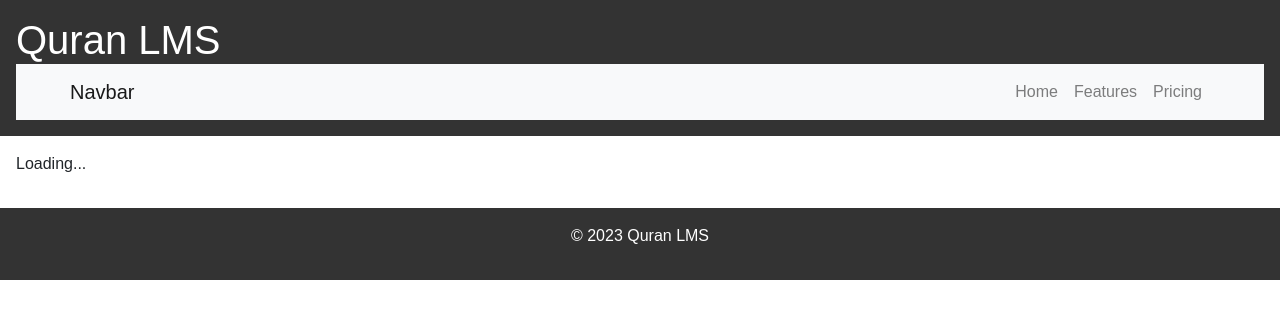
Repository: talha-mahmood/Quran-Lms-react
Page: /
The author's editor kept a copy of each file at every save. The page is drawn from the files as they stood at one save, then again after a run of saves.
The browser window is 1280 px wide. The pictures show the whole page.
The page's requests for data from a server got no answer. The project was rebuilt for these pictures with package versions that can differ from the ones it lists, and the page was loaded fresh each time. No one was signed in, and anything a server would have sent is missing.

Above is the page before, as saved 2023-03-08 00:59:59.

### public/index.html
<!DOCTYPE html>
<html lang="en">
  <head>
    <meta charset="utf-8" />
    <link rel="icon" href="%PUBLIC_URL%/favicon.ico" />
    <meta name="viewport" content="width=device-width, initial-scale=1" />
    <meta name="theme-color" content="#000000" />
    <meta
      name="description"
      content="Web site created using create-react-app"
    />

    <link rel="apple-touch-icon" href="%PUBLIC_URL%/logo192.png" />
    <link rel="stylesheet" href="https://cdn.jsdelivr.net/npm/bootstrap@4.4.1/dist/css/bootstrap.min.css" integrity="sha384-Vkoo8x4CGsO3+Hhxv8T/Q5PaXtkKtu6ug5TOeNV6gBiFeWPGFN9MuhOf23Q9Ifjh" crossorigin="anonymous">
    <script src="https://code.jquery.com/jquery-3.4.1.slim.min.js" integrity="sha384-J6qa4849blE2+poT4WnyKhv5vZF5SrPo0iEjwBvKU7imGFAV0wwj1yYfoRSJoZ+n" crossorigin="anonymous"></script>
   <script src="https://cdn.jsdelivr.net/npm/popper.js@1.16.0/dist/umd/popper.min.js" integrity="sha384-Q6E9RHvbIyZFJoft+2mJbHaEWldlvI9IOYy5n3zV9zzTtmI3UksdQRVvoxMfooAo" crossorigin="anonymous"></script>
   <script src="https://cdn.jsdelivr.net/npm/bootstrap@4.4.1/dist/js/bootstrap.min.js" integrity="sha384-wfSDF2E50Y2D1uUdj0O3uMBJnjuUD4Ih7YwaYd1iqfktj0Uod8GCExl3Og8ifwB6" crossorigin="anonymous"></script>
    <!--
      manifest.json provides metadata used when your web app is installed on a
      user's mobile device or desktop. See https://developers.google.com/web/fundamentals/web-app-manifest/
    -->
    <link rel="manifest" href="%PUBLIC_URL%/manifest.json" />
    <!--
      Notice the use of %PUBLIC_URL% in the tags above.
      It will be replaced with the URL of the `public` folder during the build.
      Only files inside the `public` folder can be referenced from the HTML.

      Unlike "/favicon.ico" or "favicon.ico", "%PUBLIC_URL%/favicon.ico" will
      work correctly both with client-side routing and a non-root public URL.
      Learn how to configure a non-root public URL by running `npm run build`.
    -->
    <title>React App</title>
  </head>
  <body>
    <noscript>You need to enable JavaScript to run this app.</noscript>
    <div id="root"></div>

    <!--
      This HTML file is a template.
      If you open it directly in the browser, you will see an empty page.

      You can add webfonts, meta tags, or analytics to this file.
      The build step will place the bundled scripts into the <body> tag.

      To begin the development, run `npm start` or `yarn start`.
      To create a production bundle, use `npm run build` or `yarn build`.
    -->
  </body>
</html>

### src/App.js
import './App.css';
import React,{Component} from 'react';
import Container from 'react-bootstrap/Container';
import Navbar from 'react-bootstrap/Navbar';
import Nav from 'react-bootstrap/Nav';
class QuranLMS extends Component {
  state = {
    verses: [],
    isLoading: true
  };

  async componentDidMount() {
    const response = await fetch("https://api.quran.com/api/v4/quran/verses/uthmani?chapter_number=1");
    const data = await response.json();
    this.setState({
      verses: data.verses,
      isLoading: false
    });
  }

  render() {
    const { verses, isLoading } = this.state;
    return (
      <div>
        <header>
          <h1>Quran LMS</h1>
          <div>
          <Navbar bg="light" variant="light">
        <Container>
          <Navbar.Brand href="#home">Navbar</Navbar.Brand>
          <Nav className="me-auto">
            <Nav.Link href="#home">Home</Nav.Link>
            <Nav.Link href="#features">Features</Nav.Link>
            <Nav.Link href="#pricing">Pricing</Nav.Link>
          </Nav>
        </Container>

      </Navbar>
          </div>


        </header>
        <main>
          {isLoading ? (
            <p>Loading...</p>
          ) : (
            verses.map((verse) => (
              <p key={verse.id}>{verse.text_uthmani}</p>
            ))
          )}
        </main>
        <footer>
          <p>&copy; 2023 Quran LMS</p>
        </footer>
      </div>
    );
  }
}

export default QuranLMS;

### src/App.css
body {
  font-family: Arial, sans-serif;
  margin: 0;
}

header {
  background-color: #333;
  color: #fff;
  padding: 1em;
}

header h1 {
  margin: 0;
}

main {
  padding: 1em;
}

footer {
  background-color: #333;
  color: #fff;
  padding: 1em;
  text-align: center;
}

Loaded but not shown: src/index.js (common file); src/index.css (common file); src/reportWebVitals.js (common file)

After the next 2 saves:
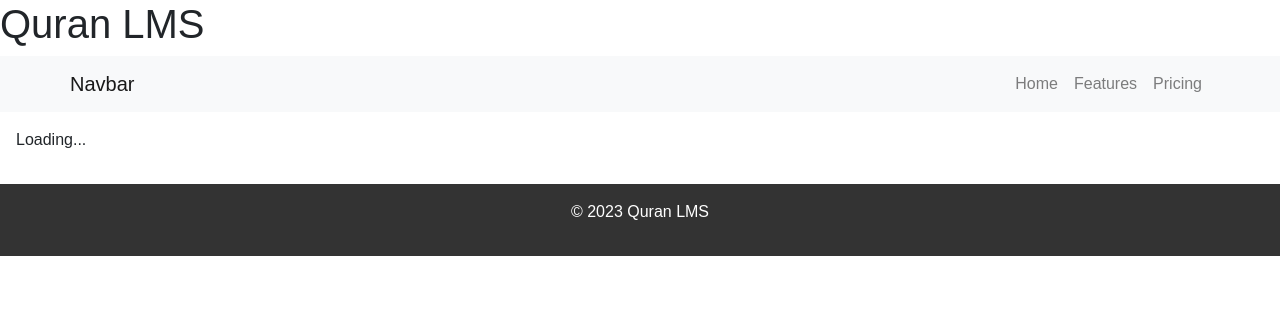
The 2 saves are shown as one change because 1 did not build or start.
The last was saved 17 s later.
--- a/src/App.js
+++ b/src/App.js
@@ -22,7 +22,7 @@ class QuranLMS extends Component {
     const { verses, isLoading } = this.state;
     return (
       <div>
-        <header>
+
           <h1>Quran LMS</h1>
           <div>
           <Navbar bg="light" variant="light">
@@ -39,7 +39,7 @@ class QuranLMS extends Component {
           </div>
 
 
-        </header>
+
         <main>
           {isLoading ? (
             <p>Loading...</p>
